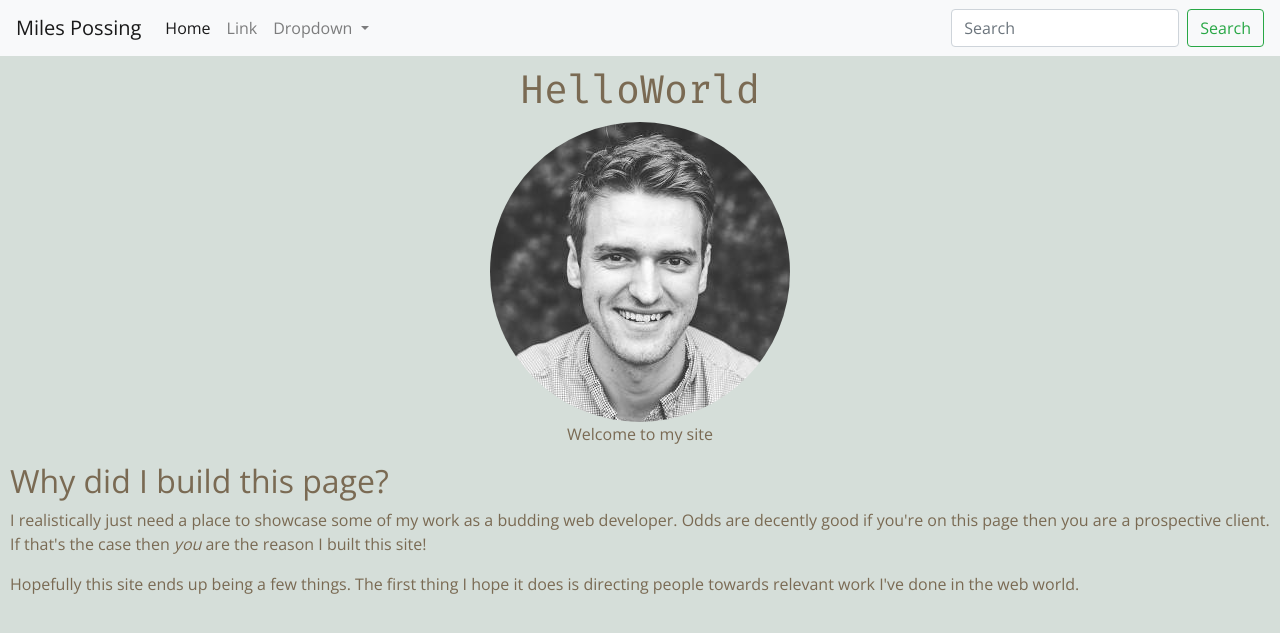
Repository: milespossing/Personal-Page
Page: index.html
The author's editor kept a copy of each file at every save. The page is drawn from the files as they stood at one save, then again after the next save.
The browser window is 1280 px wide. The pictures show the whole page.

Above is the page before, as saved 2019-09-25 07:12:04.

After the next save:
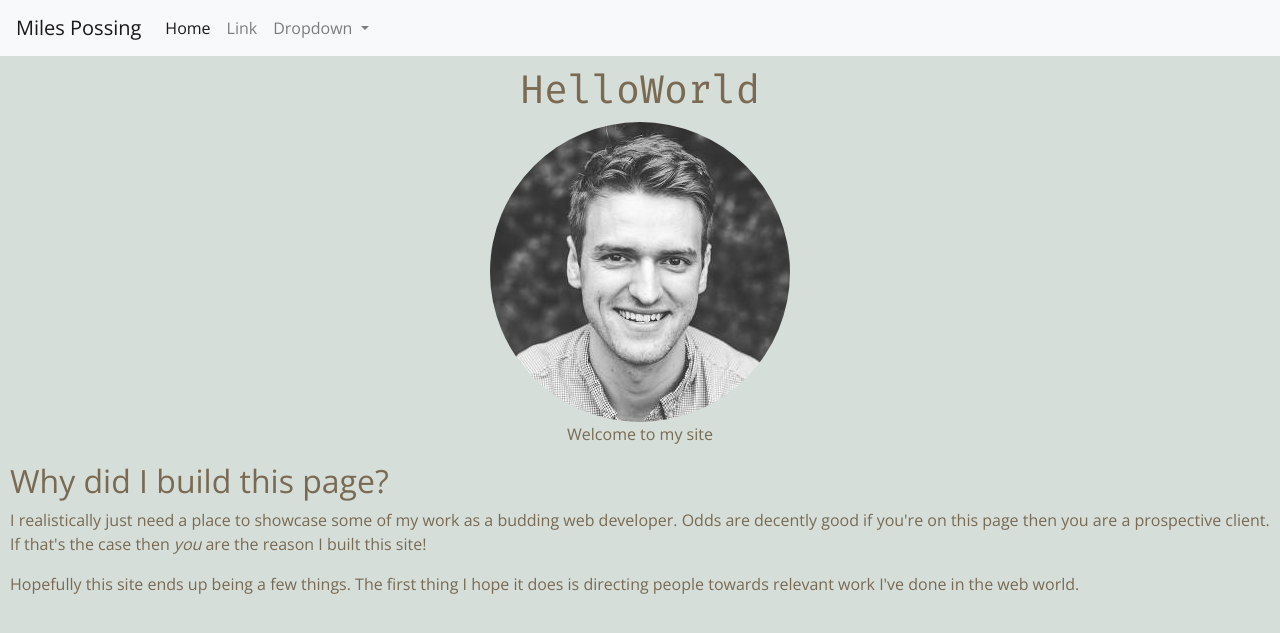
Saved 63 s later.
--- a/index.html
+++ b/index.html
@@ -30,10 +30,6 @@
                     </div>
                 </li>
             </ul>
-            <form class="form-inline my-2 my-lg-0">
-            <input class="form-control mr-sm-2" type="search" placeholder="Search" aria-label="Search">
-            <button class="btn btn-outline-success my-2 my-sm-0" type="submit">Search</button>
-            </form>
         </div>
     </nav>
     <div class="body-content">
